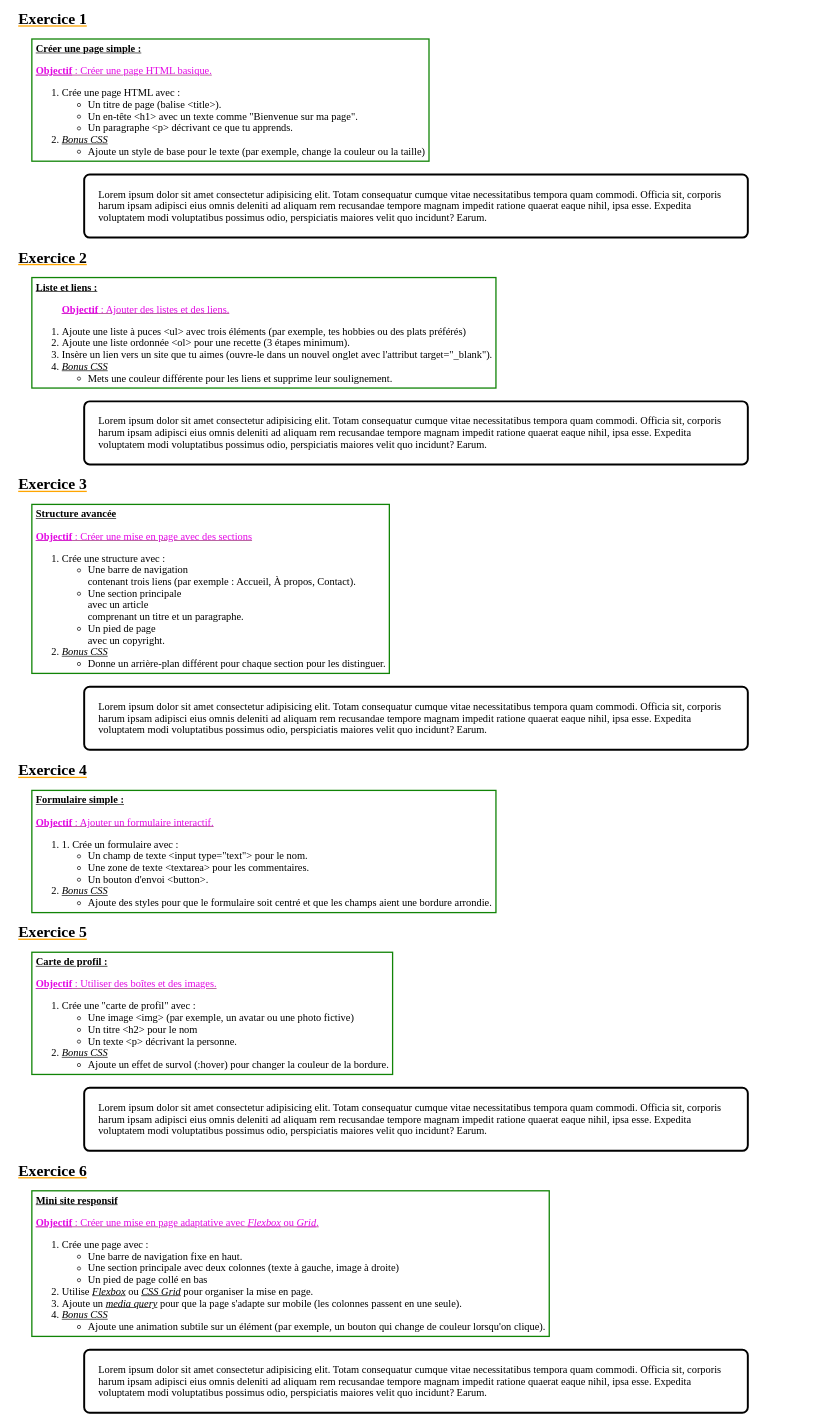
Repository: AnnaSpirit/Mimo_App
Page: Exercices_HTML&CSS.html
These files come from the project's save history. The page is drawn as it stood at one moment and after a run of saves; the edit follows.
The browser window is 1280 px wide. The pictures show the whole page, at 65% of full size.

Above is the page before, as saved 2024-12-08 12:14:29.

### Exercices_HTML&CSS.html
<!DOCTYPE html>
<html lang="en">
<head>
    <meta charset="UTF-8">
    <meta name="viewport" content="width=device-width, initial-scale=1.0">
    <link rel="stylesheet" href="styleCSS.css">
    <title>Exercices HTML & CSS</title>
</head>
<body>
<div>
    <h1>Exercice 1</h1>
    <span class="Consigne"><b>Créer une page simple :</b><br>
        <p><b>Objectif</b> : Créer une page HTML basique.</p>
        <ol>
            <li>Crée une page HTML avec :
                <ul>
                    <li>Un titre de page (balise &lt;title&gt;).</li>
                    <li>Un en-tête &lt;h1&gt; avec un texte comme "Bienvenue sur ma page".</li>
                    <li>Un paragraphe &lt;p&gt; décrivant ce que tu apprends.</li>
                </ul>
            </li>
            <li><em>Bonus CSS</em>
                <ul>
                    <li>Ajoute un style de base pour le texte (par exemple, change la couleur ou la taille)</li>
                </ul>
            </li>
        </ol>
    </span>
    <br>
    <br>
    <span class="Resultat">Lorem ipsum dolor sit amet consectetur adipisicing elit. Totam consequatur cumque vitae necessitatibus tempora quam commodi. Officia sit, corporis harum ipsam adipisci eius omnis deleniti ad aliquam rem recusandae tempore magnam impedit ratione quaerat eaque nihil, ipsa esse. Expedita voluptatem modi voluptatibus possimus odio, perspiciatis maiores velit quo incidunt? Earum.</span>

</div>
    <div>
        <h1>Exercice 2</h1>
    <span class="Consigne"><b>Liste et liens :</b>
        <ol>
            <p><b>Objectif</b> : Ajouter des listes et des liens.</p>
            <li>Ajoute une liste à puces &lt;ul&gt; avec trois éléments (par exemple, tes hobbies ou des plats préférés)</li>
            <li>Ajoute une liste ordonnée &lt;ol&gt; pour une recette (3 étapes minimum).</li>
            <li>Insère un lien <a> vers un site que tu aimes (ouvre-le dans un nouvel onglet avec l'attribut target="_blank").</li>
            <li><em>Bonus CSS</em>
                <ul>
                    <li>Mets une couleur différente pour les liens et supprime leur soulignement.</li>
                </ul>
            </li>
        </ol>
    </span>
    <br>
    <br>
    <span class="Resultat">Lorem ipsum dolor sit amet consectetur adipisicing elit. Totam consequatur cumque vitae
        necessitatibus tempora quam commodi. Officia sit, corporis harum ipsam adipisci eius omnis deleniti ad aliquam rem
        recusandae tempore magnam impedit ratione quaerat eaque nihil, ipsa esse. Expedita voluptatem modi voluptatibus
        possimus odio, perspiciatis maiores velit quo incidunt? Earum.</span>
    </div>
    <div>
        <h1>Exercice 3</h1>
        <span class="Consigne"><b>Structure avancée</b><br>
        <p><b>Objectif</b> : Créer une mise en page avec des sections</p>
        <ol>
            <li>Crée une structure avec :</li>
            <ul>
                <li>Une barre de navigation <nav> contenant trois liens (par exemple : Accueil, À propos, Contact).</li>
                <li>Une section principale <main> avec un article <article> comprenant un titre et un paragraphe.</li>
                <li>Un pied de page <footer> avec un copyright.</li>
            </ul>
            <li><em>Bonus CSS </em></li>
            <ul>
                <li>Donne un arrière-plan différent pour chaque section pour les distinguer.</li>
            </ul></li>
        </ol>
    </span>
    <br>
    <br>
    <span class="Resultat">Lorem ipsum dolor sit amet consectetur adipisicing elit. Totam consequatur cumque vitae
        necessitatibus tempora quam commodi. Officia sit, corporis harum ipsam adipisci eius omnis deleniti ad aliquam rem
        recusandae tempore magnam impedit ratione quaerat eaque nihil, ipsa esse. Expedita voluptatem modi voluptatibus
        possimus odio, perspiciatis maiores velit quo incidunt? Earum.</span>
    </div>
    <div>
        <h1>Exercice 4</h1>
    <span class="Consigne"><b>Formulaire simple :</b><br>
        <p><b>Objectif</b> : Ajouter un formulaire interactif.</p>
        <ol>
            <li>1. Crée un formulaire avec :</li>
                <ul>
                    <li>Un champ de texte &lt;input type="text"&gt; pour le nom.</li>
                    <li>Une zone de texte &lt;textarea&gt; pour les commentaires.</li>
                    <li>Un bouton d'envoi &lt;button&gt;.</li>
                </ul>
            </li>
            <li><em>Bonus CSS</em>
                <ul>
                    <li>Ajoute des styles pour que le formulaire soit centré et que les champs aient une bordure arrondie.</li>
                </ul>
            </li>
        </ol>
    </div>
    <div>
        <h1>Exercice 5</h1>
        <span class="Consigne"><b>Carte de profil :</b><br>
            <p><b>Objectif</b> : Utiliser des boîtes et des images.</p>
            <ol>
                <li>Crée une "carte de profil" avec :</li>
                    <ul>
                        <li>Une image &lt;img&gt; (par exemple, un avatar ou une photo fictive)</li>
                    <li>Un titre &lt;h2&gt; pour le nom</li>
                    <li>Un texte &lt;p&gt; décrivant la personne.</li>
                    </ul>
                <li><em>Bonus CSS</em></li>
                    <ul><li>Ajoute un effet de survol (:hover) pour changer la couleur de la bordure.</li></ul>
                </li>
            </ol>
            </span>
            <br>
            <br>
            <span class="Resultat">Lorem ipsum dolor sit amet consectetur adipisicing elit. Totam consequatur cumque vitae
                necessitatibus tempora quam commodi. Officia sit, corporis harum ipsam adipisci eius omnis deleniti ad aliquam rem
                recusandae tempore magnam impedit ratione quaerat eaque nihil, ipsa esse. Expedita voluptatem modi voluptatibus
                possimus odio, perspiciatis maiores velit quo incidunt? Earum.</span>
    </div>
    <div>
        <h1>Exercice 6</h1>
    <span class="Consigne"><b>Mini site responsif</b><br>
        <p><b>Objectif</b> : Créer une mise en page adaptative avec <em class="select">Flexbox</em> ou <em class="select">Grid</em>.
    <ol>
        <li>Crée une page avec :</li>
            <ul>
                <li>Une barre de navigation fixe en haut.</li>
                <li>Une section principale avec deux colonnes (texte à gauche, image à droite)</li>
                <li>Un pied de page collé en bas</li>
            </ul>
        </li>
        <li>Utilise <em class="select">Flexbox</em> ou <em class="select">CSS Grid</em> pour organiser la mise en page.</li>
        <li>Ajoute un <em class="select">media query</em> pour que la page s'adapte sur mobile (les colonnes passent en une seule).</li>
        <li><em>Bonus CSS</em>
            <ul>
                <li>Ajoute une animation subtile sur un élément (par exemple, un bouton qui change de couleur lorsqu'on clique).</li>
            </ul>
        </li>
    </ol>
    </span>
    <br>
    <br>
    <span class="Resultat">Lorem ipsum dolor sit amet consectetur adipisicing elit. Totam consequatur cumque vitae
        necessitatibus tempora quam commodi. Officia sit, corporis harum ipsam adipisci eius omnis deleniti ad aliquam rem
        recusandae tempore magnam impedit ratione quaerat eaque nihil, ipsa esse. Expedita voluptatem modi voluptatibus
        possimus odio, perspiciatis maiores velit quo incidunt? Earum.</span>
    </div>
</body>
</html>

### styleCSS.css
html{
    margin: 0 20px 0 20px;
}
h1{
    font-weight: bold;
    font-size: x-large;
    text-decoration: underline orange;
}

ol{
    margin-top: 5px;
    margin-bottom: 0;
}

.Consigne{
    border: 2px solid rgb(17, 132, 7);
        /* Une bordure noire de 2px */
        padding: 5px;
        /* Espace entre le texte et la bordure */
        display: inline-block;
        /* S'assurer que la bordure s'adapte au texte */
        margin: 0 20px;
            /* Décalage de 20px à droite et à gauche */
}
p{
    text-decoration: underline rgb(149, 18, 112);
    color: rgb(228, 7, 228);
}
b, em{
    font-family: fantasy;
    text-decoration: underline;
}
.select{
    font-style: oblique;
}
.Resultat{
    border: 3px solid black;
    /* Une bordure noire de 2px */
    padding: 20px;
    /* Espace entre le texte et la bordure */
    border-radius: 10px;
    /* Coins arrondis */
    display: inline-block;
    /* S'assurer que la bordure s'adapte au texte */
    margin: 0 100px 0 100px;
}
.Resultat div{

}

After the next 3 saves:
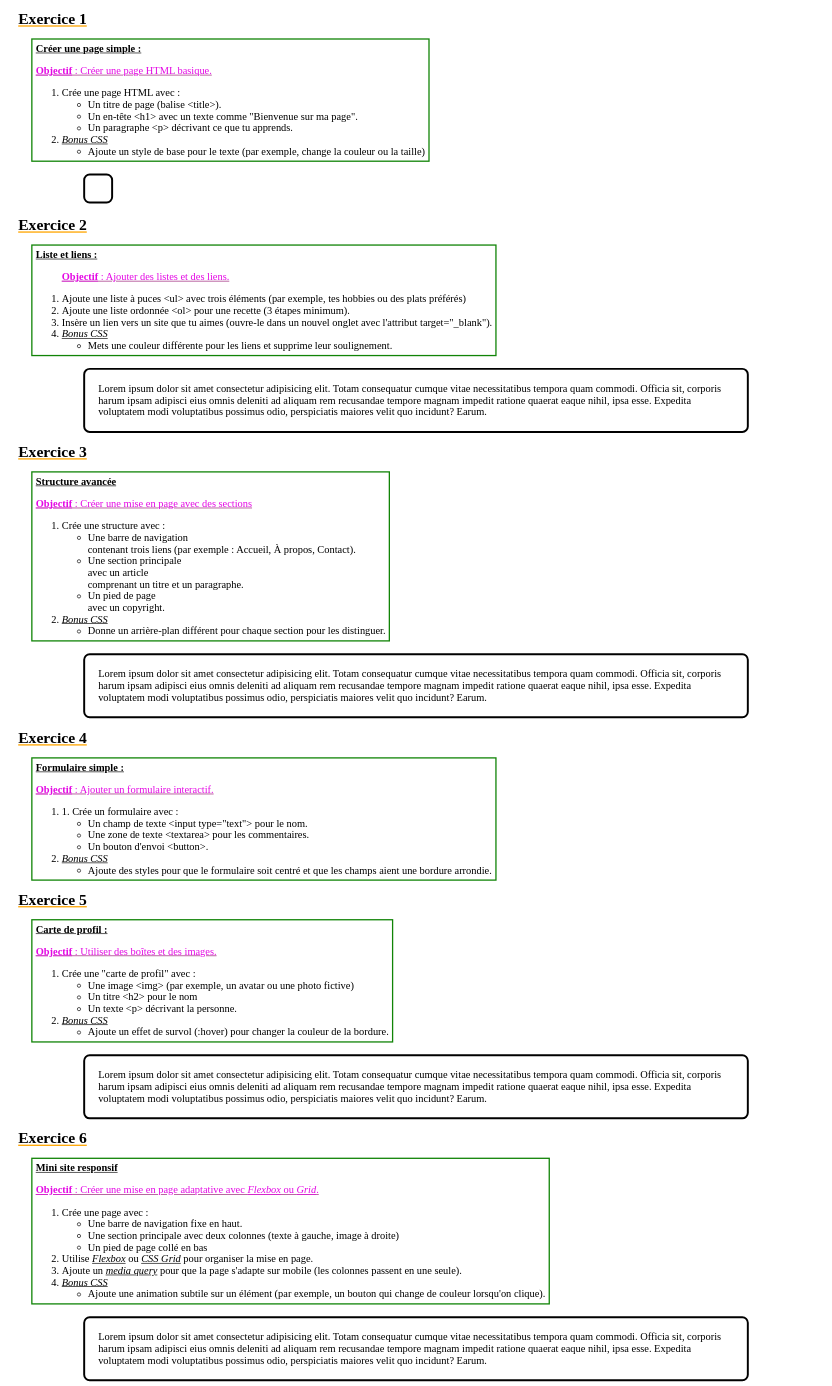
The 3 saves are shown as one change because they came seconds apart.
The last was saved 113 s later.
--- a/Exercices_HTML&CSS.html
+++ b/Exercices_HTML&CSS.html
@@ -28,7 +28,9 @@
     </span>
     <br>
     <br>
-    <span class="Resultat">Lorem ipsum dolor sit amet consectetur adipisicing elit. Totam consequatur cumque vitae necessitatibus tempora quam commodi. Officia sit, corporis harum ipsam adipisci eius omnis deleniti ad aliquam rem recusandae tempore magnam impedit ratione quaerat eaque nihil, ipsa esse. Expedita voluptatem modi voluptatibus possimus odio, perspiciatis maiores velit quo incidunt? Earum.</span>
+    <span class="Resultat">
+        <div></div>
+    </span>
 
 </div>
     <div>
